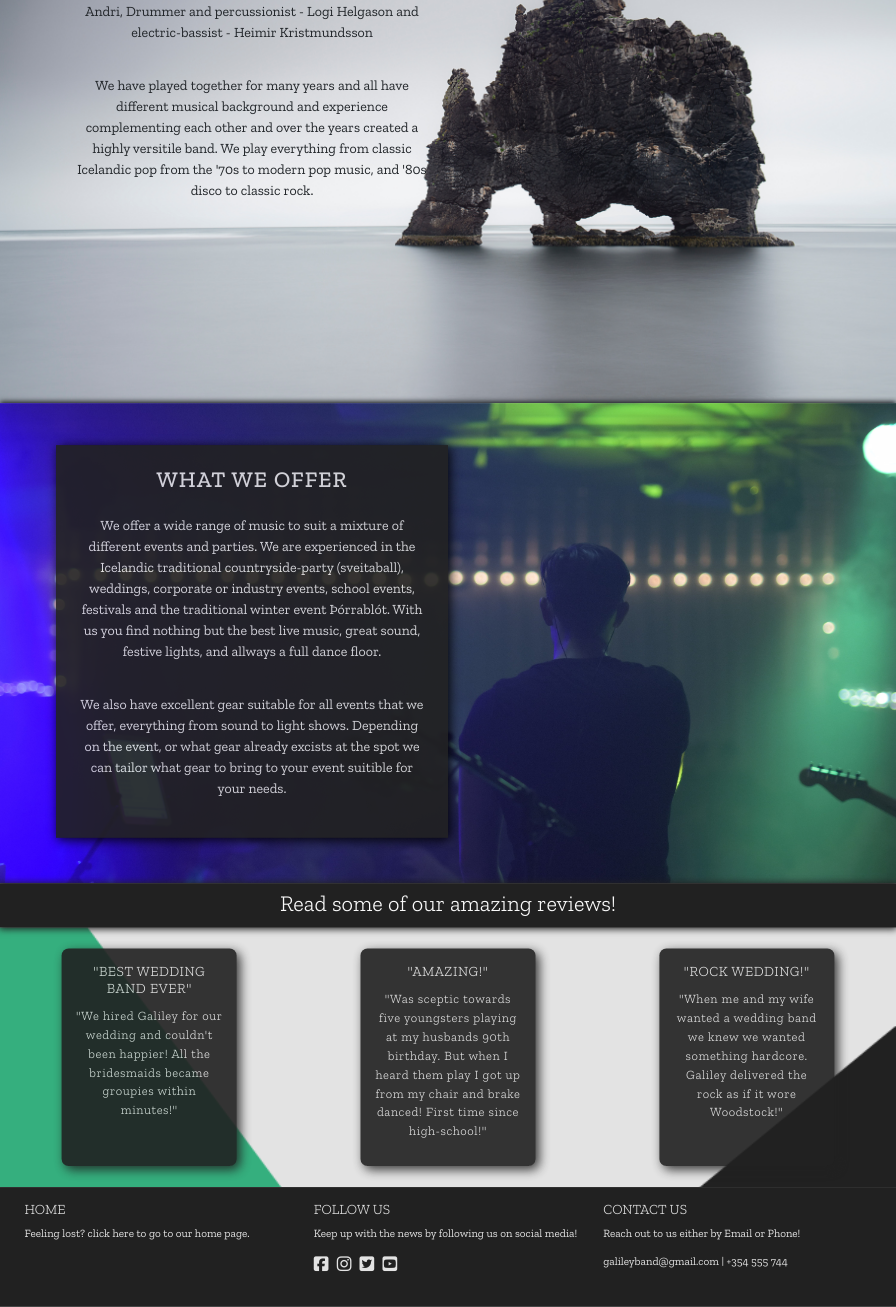
Repository: HeimirDavid/Galiley-Website
Page: index.html
The author's editor kept a record of every edit. The page is drawn from the files as they stood at one moment, then again after the next edit.
The browser window is 1280 px wide. The pictures show the part of the page from y = 827 to 2747 px (the page is 2694 px tall before and 2747 px after), at 70% of full size.
Backgrounds fixed to the window are drawn as part of the page. Some web libraries are served in a nearby version.

Above is the page before.

After the next edit:
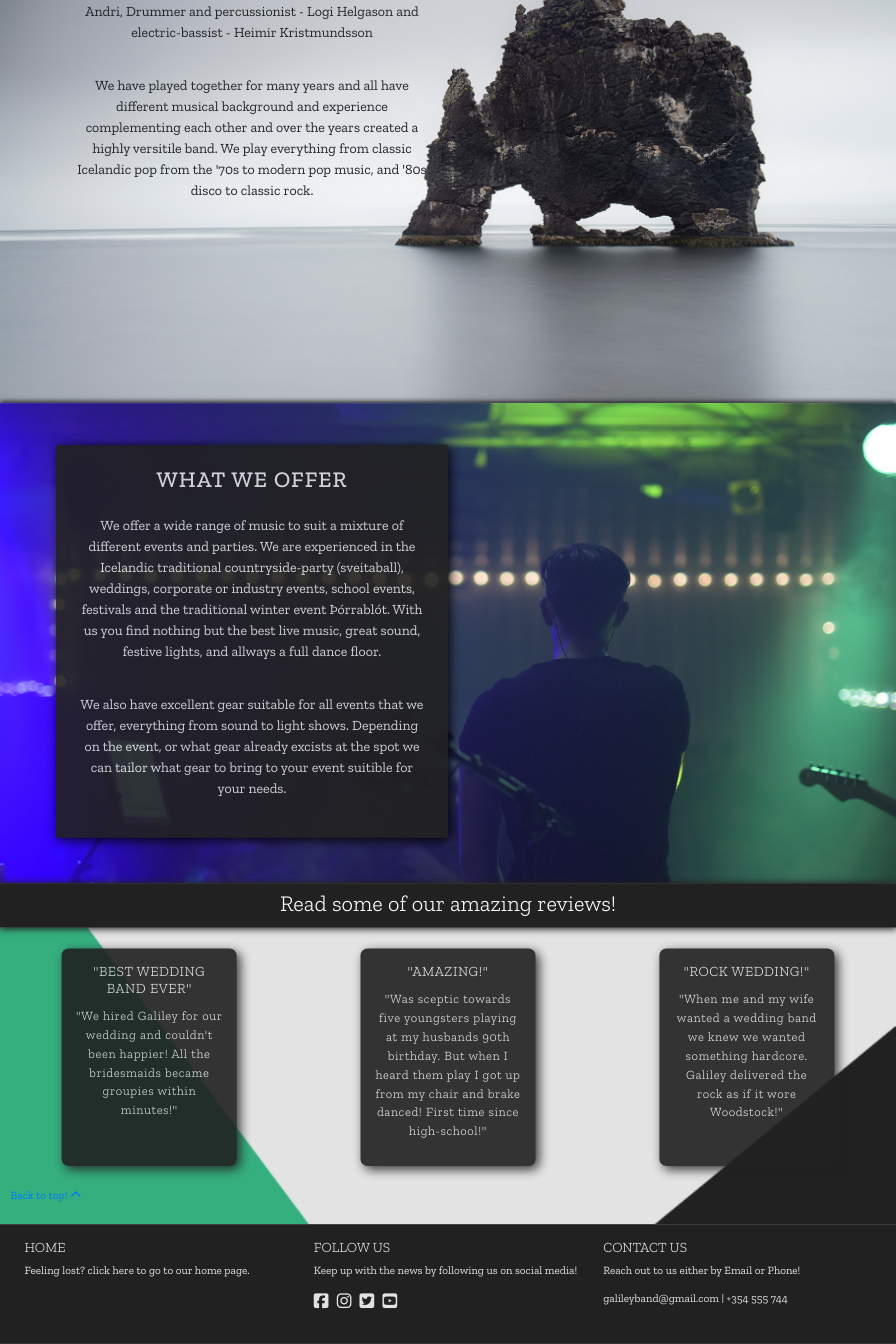
The edit:
--- a/index.html
+++ b/index.html
@@ -113,14 +113,15 @@
     </section>
 
     <!------ Reviews section - Header ------>
-    <section> <!-- Review header -->
+    <section>
+        <!-- Review header -->
         <div class="row no-gutters">
             <div class="col review-header">
                 <h2>Read some of our amazing reviews!</h2>
             </div>
         </div>
 
-    <!------ Three review cards, use bootstrap grid system ------>
+        <!------ Three review cards, use bootstrap grid system ------>
         <div class="container-fluid green-black-img">
             <div class="row">
                 <div class="col-md-4 review-cards">
@@ -135,8 +136,14 @@
                     <h5 class="cards-header uppercase">"Rock Wedding!"</h5>
                     <p class="review-p">"When me and my wife wanted a wedding band we knew we wanted something hardcore. Galiley delivered the rock as if it wore Woodstock!"</p>
                 </div>
-
-
+            </div>
+            <div class="row">
+                <div class="col">
+                    <a class="gotopbtn" href="#">
+                        <span>Back to top!</span>
+                        <i class="fas fa-chevron-up"></i>
+                    </a>
+                </div>
             </div>
         </div>
     </section>
